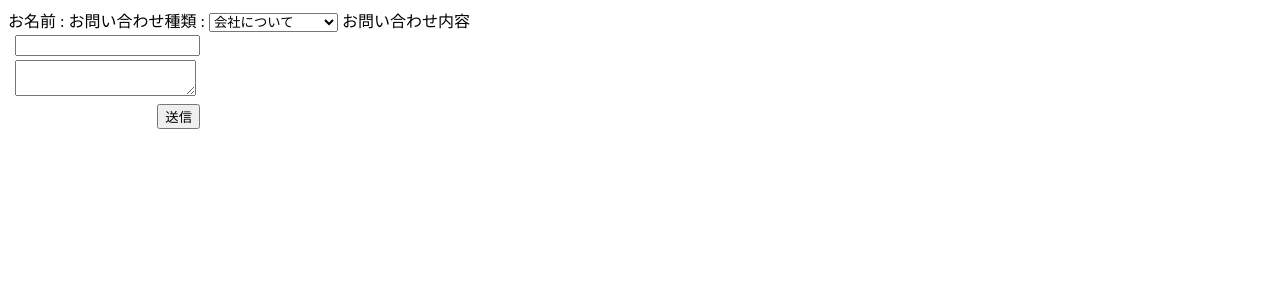
Repository: kf3225/backup
Page: http://localhost/webproj2/inquiry.jsp
An editor plug-in stored every save of this project. The page is shown before and after the next save, followed by the edit.
The browser window is 1280 px wide. The pictures show the whole page.
The page is served by Tomcat 9. Other server files are loaded and not shown.

Above is the page before, as saved 2018-01-16 04:17:23.

### webproj2/WebContent/inquiry.jsp
<%@ page language="java" contentType="text/html; charset=UTF-8"
pageEncoding="UTF-8" %>
<%@ taglib prefix="s" uri="/struts-tags" %>

<!DOCTYPE html>
<html lang="ja">
	<head>
		<meta charset="UTF-8">
		<title>お問い合わせ</title>
	</head>
	<body>
		<s:form action="InquiryCompleteAction">
			お名前 : <s:textfield name="username"/>
			お問い合わせ種類 : <select name="qtype">
				<option value="company">会社について</option>
				<option value="product">製品について</option>
				<option value="support">サポートについて</option>
			</select>
			お問い合わせ内容<br>
			<s:textarea name="body"/>
			<s:submit value="送信"/>
		</s:form>
	</body>
</html>

After the next save:
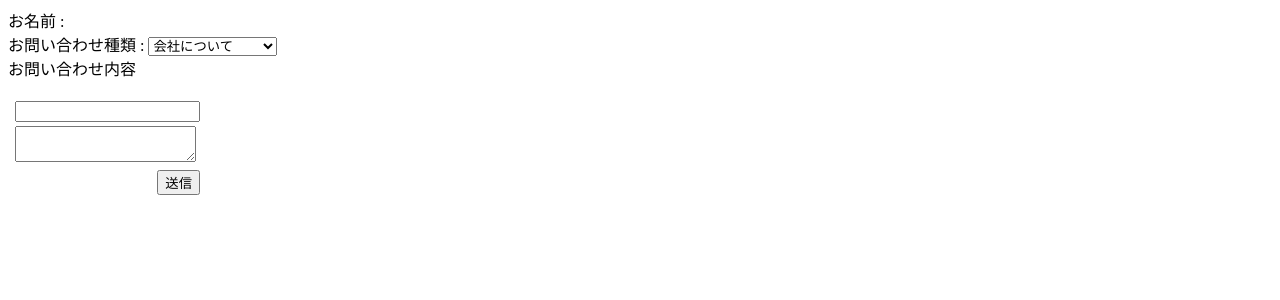
Saved 68 s later.
--- a/webproj2/WebContent/inquiry.jsp
+++ b/webproj2/WebContent/inquiry.jsp
@@ -10,14 +10,14 @@
 	</head>
 	<body>
 		<s:form action="InquiryCompleteAction">
-			お名前 : <s:textfield name="username"/>
+			お名前 : <s:textfield name="username"/><br>
 			お問い合わせ種類 : <select name="qtype">
 				<option value="company">会社について</option>
 				<option value="product">製品について</option>
 				<option value="support">サポートについて</option>
-			</select>
+			</select><br>
 			お問い合わせ内容<br>
-			<s:textarea name="body"/>
+			<s:textarea name="body"/><br>
 			<s:submit value="送信"/>
 		</s:form>
 	</body>
